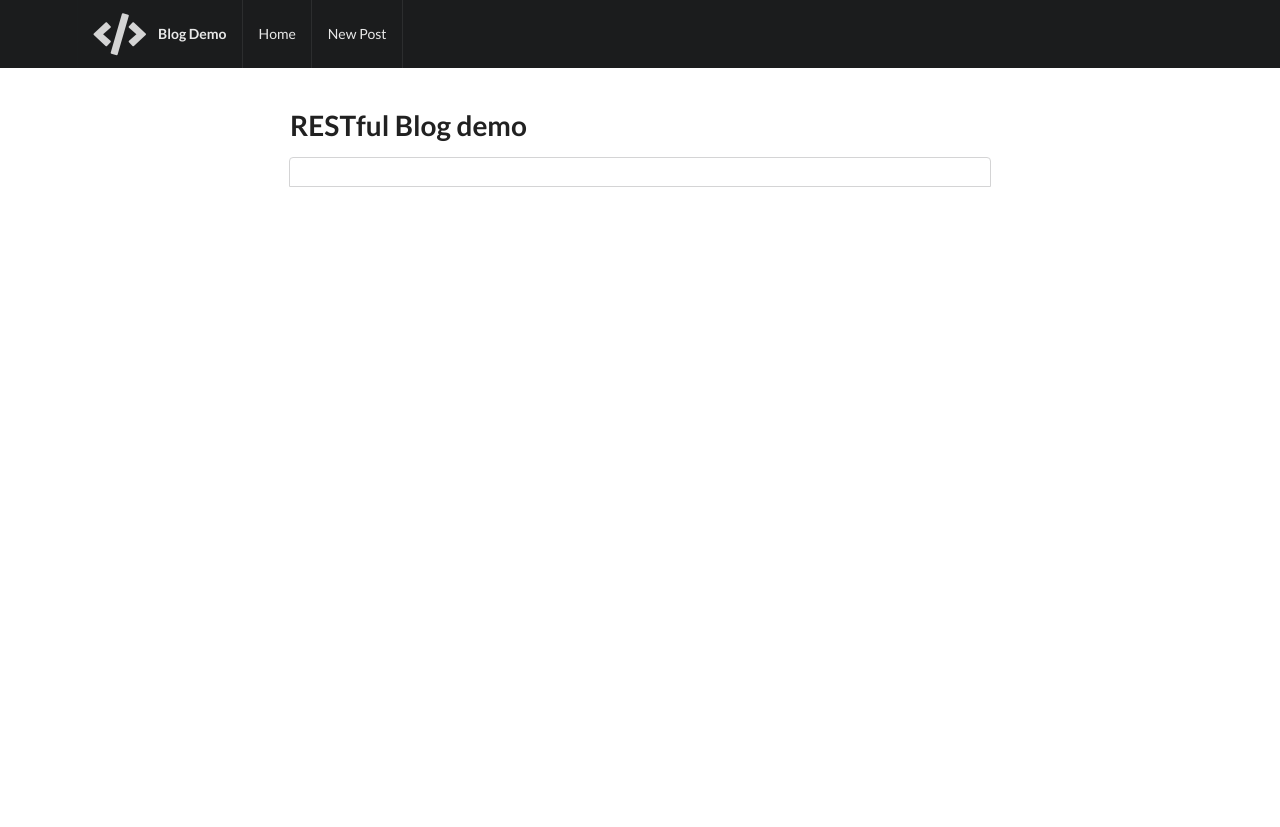
Repository: Puritanic/node_projects
Page: http://localhost/blogs
The author's editor kept a record of every edit. The page is drawn from the files as they stood at one moment, then again after the next edit.
The browser window is 1280 px wide. The pictures show the whole page.
Some web libraries are served in a nearby version. The page is served by the project's Node server (blog_app/app.js). Queries for data that is not in the repository find no rows.

Above is the page before.

After the next edit:
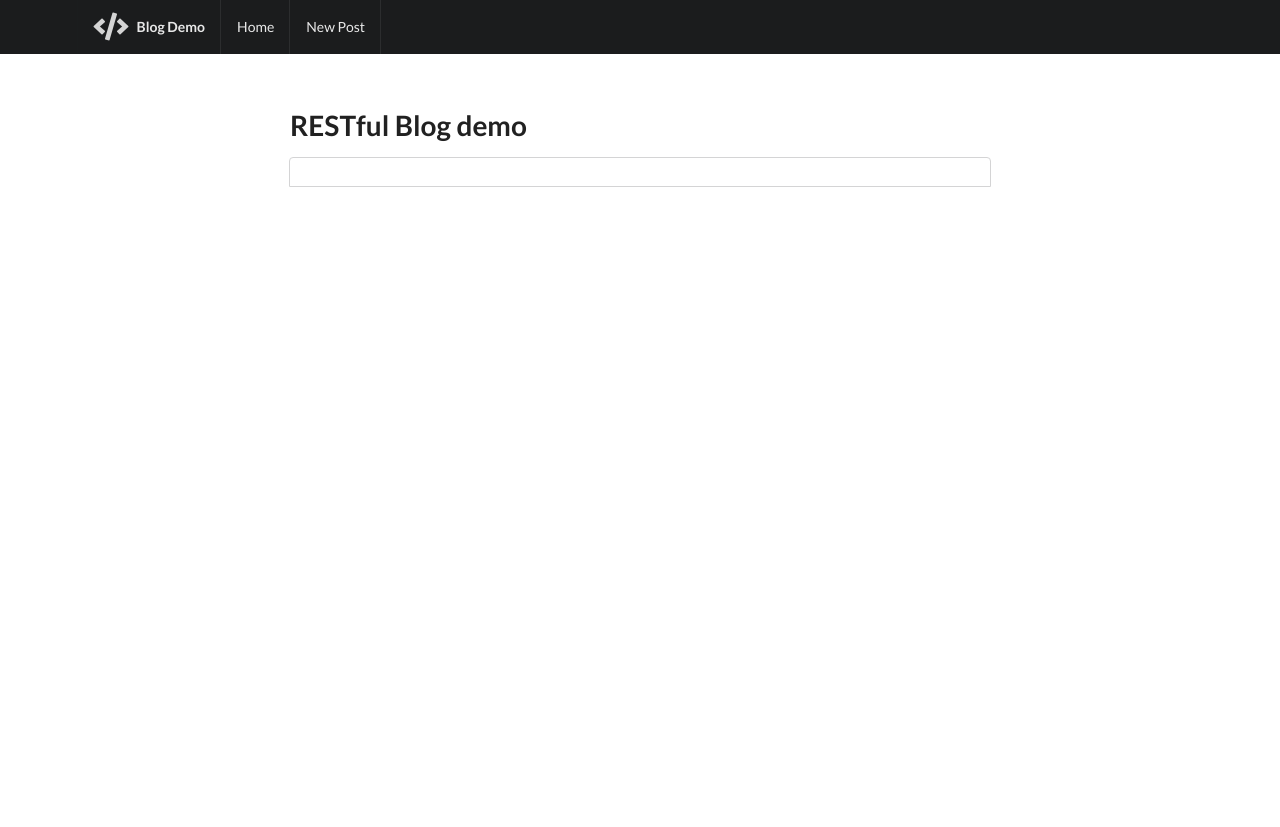
The edit:
--- a/blog_app/public/stylesheets/app.css
+++ b/blog_app/public/stylesheets/app.css
@@ -1,6 +1,6 @@
 
 i.icon {
-    font-size: 3em;
+    font-size: 2em;
 }
 .container.main {
     margin-top:7em;
